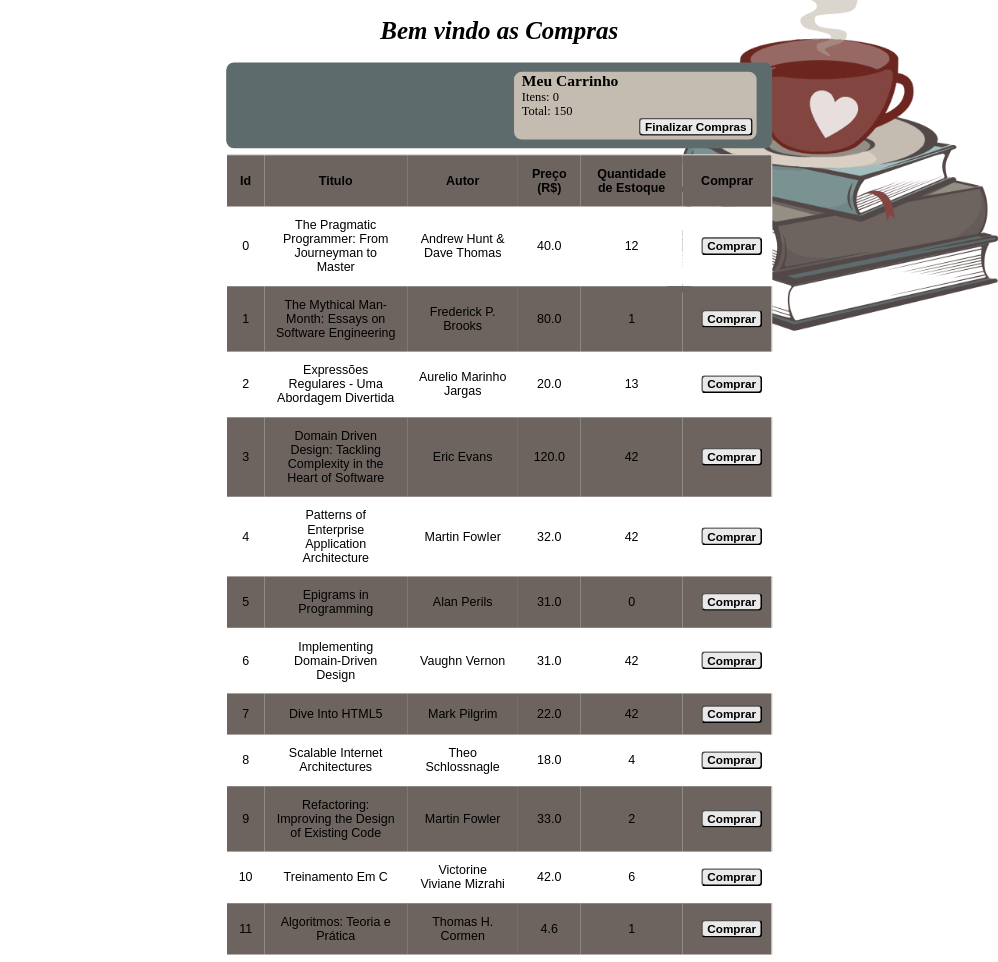
Repository: gabriellacrystina/ProjetoTegra
Page: http://localhost/book-store/Produtos
An editor plug-in stored every save of this project. The page is shown before and after the next save, followed by the edit.
The browser window is 1280 px wide. The pictures show the whole page, at 78% of full size.
Backgrounds fixed to the window are drawn as part of the page. The page is served by Tomcat 9. Other server files are loaded and not shown.

Above is the page before, as saved 2016-07-04 18:08:53.

### book-store/WebContent/index.jsp
<%@ page language="java" contentType="text/html; charset=UTF-8"
    pageEncoding="UTF-8"%>
<%@ page import="model.Produto" %>
<%@ page import="java.util.ArrayList" %>
<%@ page import="java.util.List" %>

<!DOCTYPE html PUBLIC "-//W3C//DTD HTML 4.01 Transitional//EN" "http://www.w3.org/TR/html4/loose.dtd">
<html>
	<head>
		<meta http-equiv="Content-Type" content="text/html; charset=UTF-8">
		<link rel="stylesheet" type="text/css" href="book_store_stile.css">
		<script src="controle-compra.js"></script>
		<title>BookStore</title>
	</head>
	<body>
		<header>
			<div class="cabecalho">
				<h1>Bem vindo as Compras</h1>
			</div>
		</header>
		<form action="Produtos">
			<div class="meu-carrinho">
				<div class="carrinho">
					<label id="meu-carrinho">Meu Carrinho</label></br>
					Itens: <label class="lbl-itens" id="qtde-itens">0</label></br>
					Total: <label class="lbl-total" id="total">150</label></br>
					<button class="btn" id="btn-finalizar-compra" onclick="validaCarrinho()">Finalizar Compras</button>
				</div>
			</div>
			<%
				List<Produto> produtos = (ArrayList<Produto>) session.getAttribute("listaProdutos");
			%>
			<table id="tbl-books">
			  <tr>
			  	<th class="id-livro">Id</th>
			    <th>Titulo</th>
			    <th>Autor</th>
			    <th>Preço (R$)</th>
			    <th>Quantidade de Estoque</th>
			    <th>Comprar</th>
			  </tr>
			  <%
			  	for(Produto p: produtos){
		  		%>
		  			<tr class="livros">
		  				<td class="id-livro"><%= p.getId() %></td>
						<td class="nome-livro"><%= p.getTitulo() %></td>
						<td class="nome-autor"><%= p.getAutor() %></center></td>
						<td class="preco"><%= p.getPreco() %></center></td>
						<td class="estoque"><%= p.getEstoque() %></center></td>
						<td><button class="btn" id="btn-comprar" onclick="validaEstoque()">Comprar</button></td>
					</tr>
		  		<%
			  	}
			  %>
			</table>
		</form>
	</body>
</html>

### book-store/src/servlet/BuscaProdutos.java
package servlet;

import java.io.IOException;

import javax.servlet.ServletException;
import javax.servlet.annotation.WebServlet;
import javax.servlet.http.HttpServlet;
import javax.servlet.http.HttpServletRequest;
import javax.servlet.http.HttpServletResponse;
import javax.servlet.http.HttpSession;

import java.util.ArrayList;
import java.util.List;

import model.Item;
import model.Produto;
import dao.ProdutoDAO;

/**
 * Servlet implementation class BuscaProdutos
 * Classe responsavel por gerar uma lista estatica de produtos;
 * E ainda montar uma lista de livros escolhidos pelo o usuário.
 *
 */
@WebServlet("/Produtos")
public class BuscaProdutos extends HttpServlet {
	private static final long serialVersionUID = 1L;

    /**
     * @see HttpServlet#HttpServlet()
     */
    public BuscaProdutos() {
        super();
        // TODO Auto-generated constructor stub
    }

	/**
	 * @see HttpServlet#doGet(HttpServletRequest request, HttpServletResponse response)
	 */
	protected void doGet(HttpServletRequest request, HttpServletResponse response) throws ServletException, IOException {

		HttpSession sessao = request.getSession();

		//Gerando lista estatica.
		List<Produto> produtos = new ProdutoDAO().getListaProdutos();

		//colocando na sessao a lista de produtos
		sessao.setAttribute("listaProdutos", produtos);

		//redirecionar pro index.
		request.getRequestDispatcher("index.jsp").forward(request, response);
	}

	/**
	 * @see HttpServlet#doPost(HttpServletRequest request, HttpServletResponse response)
	 */
	protected void doPost(HttpServletRequest request, HttpServletResponse response) throws ServletException, IOException {
		HttpSession sessao = request.getSession();
		Item item = new Item();
		Produto produto;
		double subtotal = 0, total=0;
		Integer indice, quantidade=0, qtdeLivros=0;
		Item itemEncontrado = null;

		//captura Lista de Produtos e LivrosEscolhidos da sessao.
		List<Produto> produtos = (ArrayList<Produto>) sessao.getAttribute("listaProdutos");
		ArrayList<Item> livrosEscolhidos = (ArrayList<Item>) sessao.getAttribute("listaItens");

		if(livrosEscolhidos == null){
			livrosEscolhidos = new ArrayList<Item>();
			sessao.setAttribute("listaItens", livrosEscolhidos);
		}

		//Indice do livro
		indice = Integer.parseInt(request.getParameter("id-livro"));
		produto = produtos.get(indice);

		if(produto.contemEstoqueDisponivel()){
			/**Montando um item para adicionar em livrosEscolhidos.**/
			//Se a lista estiver vazia
			if(livrosEscolhidos.isEmpty()){
				//add item
				item.setProduto(produto);

				quantidade = item.getQuantidade() + 1;
				item.setQuantidade(quantidade);

				subtotal = quantidade * produto.getPreco();
				item.setSubtotal(subtotal);

				livrosEscolhidos.add(item);

				produto.atualizaEstoqueVenda();
			}else{
				//Senao percorre a lista
				for(int i=0; i<livrosEscolhidos.size(); i++){
					//verifica se o item a ser adicionado já existe na lista de livros Escolhidos
					if(produto.getTitulo().equals(livrosEscolhidos.get(i).getProduto().getTitulo())){
						itemEncontrado = livrosEscolhidos.get(i);
					}
				}
				//item já existe na lista?
				if(itemEncontrado != null){
					//atualiza a quantidade e o subtotal deste item
					itemEncontrado.adicionarQuantidade();

					itemEncontrado.adicionarSubtotal(produto.getPreco());

					produto.atualizaEstoqueVenda();
				}else{
					//senao adiciona um novo item na lista
					item.setProduto(produto);

					quantidade = item.getQuantidade() + 1;
					item.setQuantidade(quantidade);

					subtotal = quantidade * produto.getPreco();
					item.setSubtotal(subtotal);

					livrosEscolhidos.add(item);

					produto.atualizaEstoqueVenda();
				}
			}
		}

		//Total de livros e valor correspondente
		if( livrosEscolhidos != null){
			for(Item i: livrosEscolhidos){
				qtdeLivros = qtdeLivros + i.getQuantidade();
				total = total +  i.getProduto().getPreco() * i.getQuantidade();
			}
		}

		sessao.setAttribute("qtdeLivros", qtdeLivros);
		sessao.setAttribute("total", total);
		request.getRequestDispatcher("index.jsp").forward(request, response);
	}
}

### book-store/src/dao/ProdutoDAO.java
package dao;

import java.util.ArrayList;
import java.util.List;

import model.Produto;

/**
 * Produto(Data Object Access)
 *
 * Classe que simula acesso ao banco de dados
 */

public class ProdutoDAO {

	private final static List<Produto> listaProdutos = new ArrayList<>();

	static{
		adicionaProduto(new Produto("The Pragmatic Programmer: From Journeyman to Master", "Andrew Hunt & Dave Thomas", 40.00, 12));
		adicionaProduto(new Produto("The Mythical Man-Month: Essays on Software Engineering", "Frederick P. Brooks", 80.00, 1));
		adicionaProduto(new Produto("Expressões Regulares - Uma Abordagem Divertida", "Aurelio Marinho Jargas",20.00 ,13 ));
		adicionaProduto(new Produto("Domain Driven Design: Tackling Complexity in the Heart of Software", "Eric Evans", 120.00, 42));
		adicionaProduto(new Produto("Patterns of Enterprise Application Architecture", "Martin FowIer", 32.00, 42));
		adicionaProduto(new Produto("Epigrams in Programming", "Alan Perils", 31.00, 0));
		adicionaProduto(new Produto("Implementing Domain-Driven Design", "Vaughn Vernon", 31.00, 42));
		adicionaProduto(new Produto("Dive Into HTML5", "Mark Pilgrim", 22.00, 42));
		adicionaProduto(new Produto("Scalable Internet Architectures", "Theo Schlossnagle", 18.00, 4));
		adicionaProduto(new Produto("Refactoring: Improving the Design of Existing Code", "Martin Fowler", 33.00, 2));
		adicionaProduto(new Produto("Treinamento Em C", "Victorine Viviane Mizrahi", 42.00, 6));
		adicionaProduto(new Produto("Algoritmos: Teoria e Prática", "Thomas H. Cormen", 4.60, 1));
	}


	//Metodo que gera id automático e adiciona um produto na lista.
	private static void adicionaProduto(Produto produto){
		int id = listaProdutos.size();
		produto.setId(id);
		listaProdutos.add(produto);
	}

	public List<Produto> getListaProdutos(){
		return listaProdutos;
	}
}

### book-store/src/model/Produto.java
package model;

public class Produto {

	private int id;
	private String titulo;
	private String autor;
	private Double preco;
	private int estoque;

	public Produto(String titulo, String autor, Double preco, int estoque) {
		this.titulo = titulo;
		this.autor = autor;
		this.preco = preco;
		this.estoque = estoque;
	}

	public int getId(){
		return id;
	}

	public void setId(int id){
		this.id = id;
	}

	public String getTitulo() {
		return titulo;
	}

	public String getAutor() {
		return autor;
	}

	public Double getPreco() {
		return preco;
	}

	public int getEstoque() {
		return estoque;
	}

	public void atualizaEstoqueVenda(){
		this.estoque -= 1;
	}

	public void atualizaEstoqueDevolucao(){
		this.estoque += 1;
	}
}

### book-store/WebContent/book_store_stile.css
@CHARSET "ISO-8859-1";

body {
	background-image: url("teste.png");
	background-repeat: no-repeat;
	background-position: right top;
	background-attachment: fixed;
    width: 700px;
    margin-left: auto;
	margin-right: auto;
}

h1 {
	font-style: oblique;
	text-align: center;
    color: #000000;
}

#tbl-books {
	width: 100%;
	font-family: "Arial", "Helvetica", sans-serif;
	border: 1px solid #ffffff;
    border-collapse: collapse;

}

#tbl-books tr:nth-child(even){
	background-color: #FFFFFF
}

#tbl-books tr:nth-child(odd){
	background-color: #6D6460;

}

th, td {
    padding: 15px;
    text-align: center;
}

.meu-carrinho{
	width: 100%;
	height: 110px;
	border-radius: 10px;
    padding: 12px 20px;
    margin: 8px 0;
    box-sizing: border-box;
	background-color: #5D6B6C;
	margin-left: auto;
	margin-right: auto;
}
.carrinho{
	float: right;
	background-color: #c4bcb0;
	border-radius: 10px;
	padding-left: 10px;
	padding-bottom: 5px;
	margin-left: auto;
	margin-right: auto;
}

#meu-carrinho{
	font-size: 20px;
	font-weight: bold;
}

.btn {
	font-family: "Arial", "Helvetica", sans-serif;
	border-radius: 5px;
	font-size: 15px;
	font-weight: bold;
	margin-left: 150px;
	margin-right: 5px;
	background-color: #e9e9e9;
}

#btn-comprar{
	margin-left: 10%;
}

### book-store/WebContent/controle-compra.js
/**
 * Controle de Compra. Arquivo que valida dados do arquivo index.jsp
 */

function validaCarrinho(){
	var qtdeItens = document.getElementById("qtde-itens").textContent;

	if(qtdeItens == 0){
		alert("Não há itens no carrinho!!");
	}
}

function validaEstoque(){
	var trLivros = document.getElementsByClassName("livros");

	for(var i=0; i < trLivros.length; i++ ){
		var livro = trLivros[i];

		var estoque = livro.getElementsByClassName("estoque");

		if(estoque == 0){
			alert("Produto indisponível em estoque!!");
		}
	}

}

After the next save:
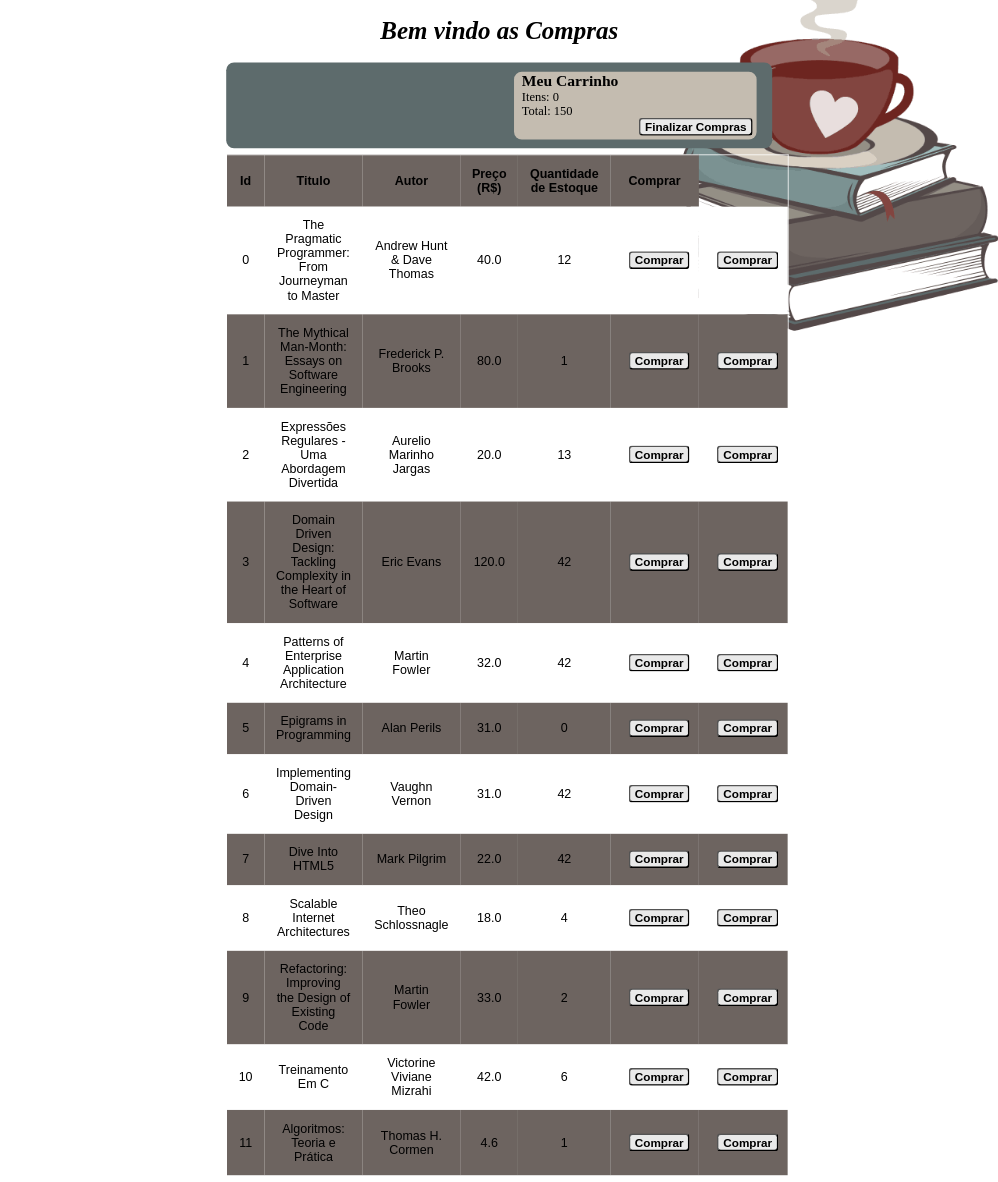
Saved 3 min 20 s later.
--- a/book-store/WebContent/index.jsp
+++ b/book-store/WebContent/index.jsp
@@ -48,6 +48,7 @@
 						<td class="nome-autor"><%= p.getAutor() %></center></td>
 						<td class="preco"><%= p.getPreco() %></center></td>
 						<td class="estoque"><%= p.getEstoque() %></center></td>
+						<td><input class="btn"  id="btn-comprar" type="submit" name="submit" value="Comprar" onclick="validaEstoque()"></input></td>
 						<td><button class="btn" id="btn-comprar" onclick="validaEstoque()">Comprar</button></td>
 					</tr>
 		  		<%

After the save that followed:
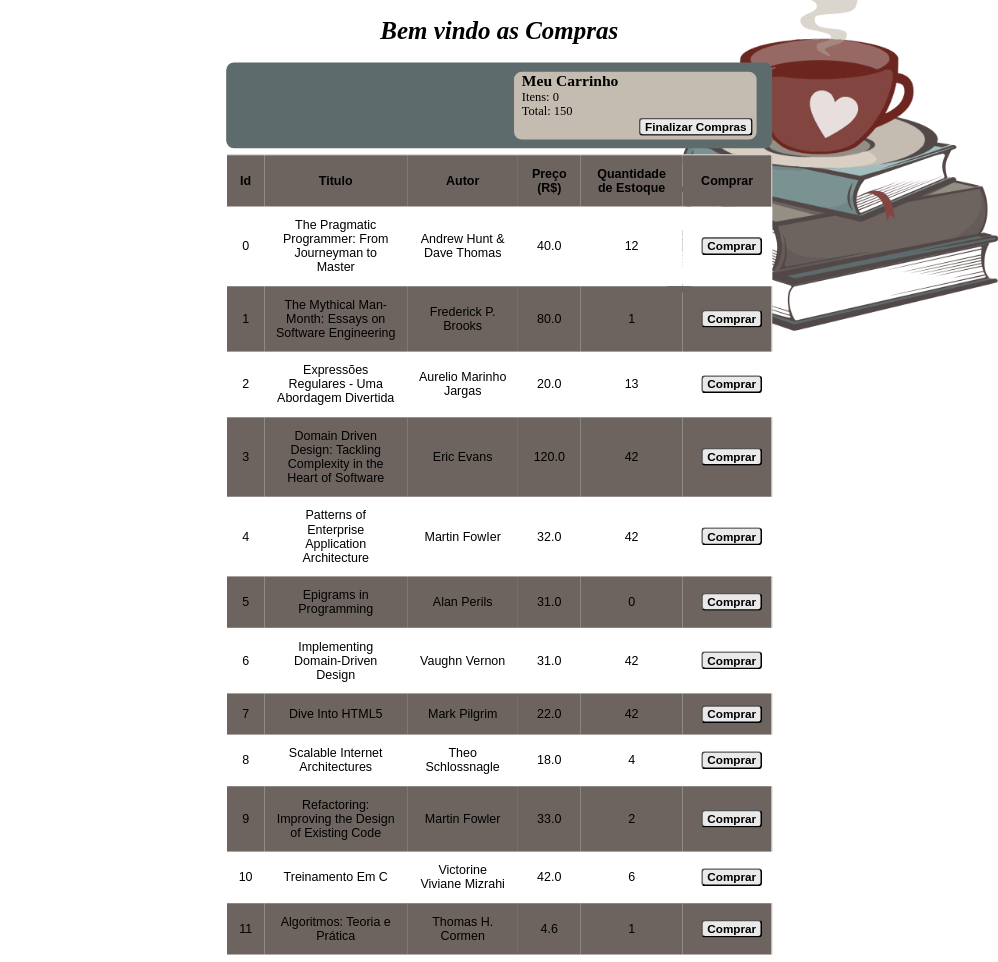
Saved 30 s later.
--- a/book-store/WebContent/index.jsp
+++ b/book-store/WebContent/index.jsp
@@ -49,7 +49,6 @@
 						<td class="preco"><%= p.getPreco() %></center></td>
 						<td class="estoque"><%= p.getEstoque() %></center></td>
 						<td><input class="btn"  id="btn-comprar" type="submit" name="submit" value="Comprar" onclick="validaEstoque()"></input></td>
-						<td><button class="btn" id="btn-comprar" onclick="validaEstoque()">Comprar</button></td>
 					</tr>
 		  		<%
 			  	}
